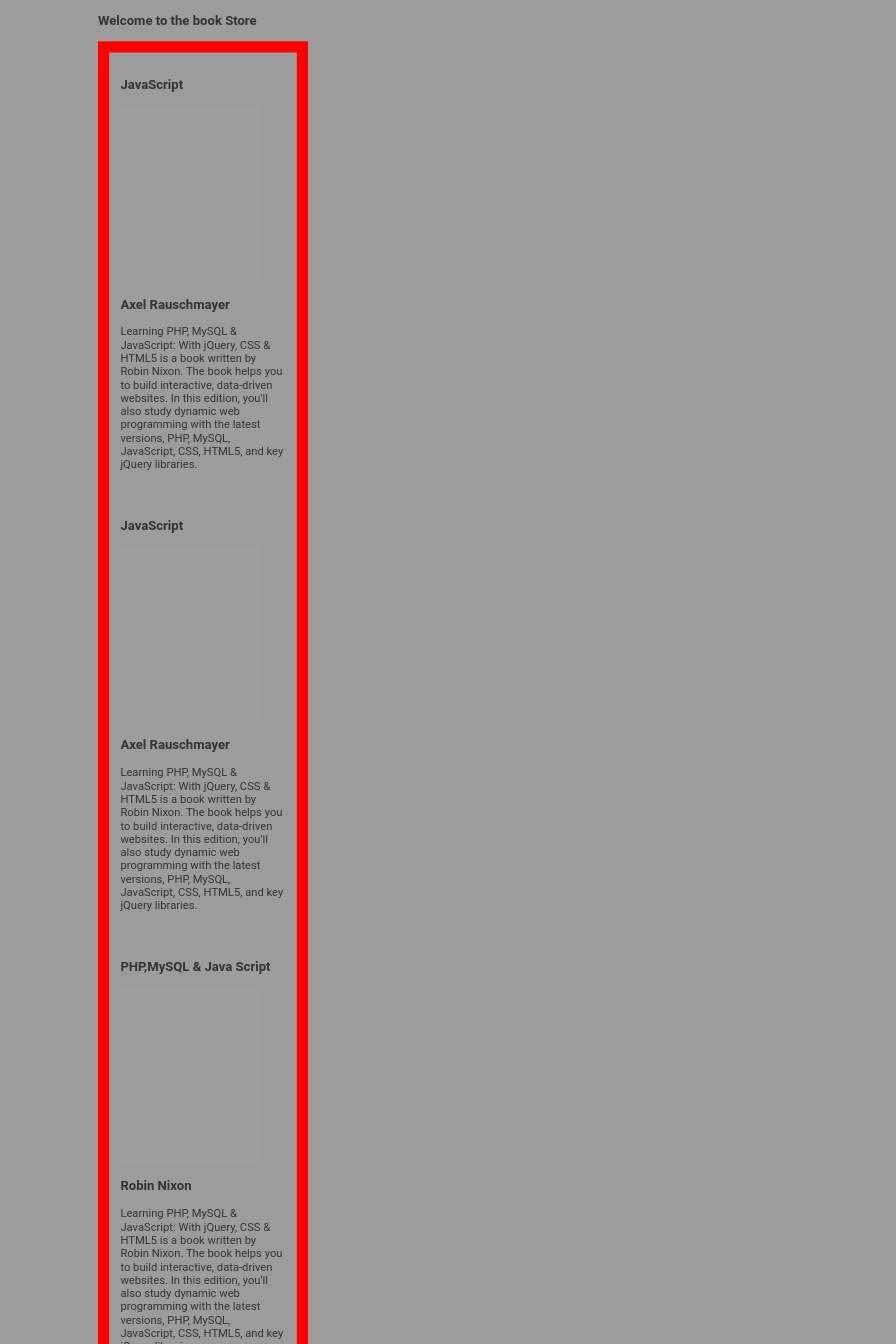
Repository: Axe33ile/React_JS
Page: / (app in book/)
These files come from the project's save history. The page is drawn as it stood at one moment and after a run of saves; the edit follows.
The browser window is 1280 px wide. The pictures show the part of the page from y = 0 to 1920 px (the page is 2587 px tall before and 2112 px after), at 70% of full size.
Pictures or frames that could not be fetched are drawn as grey boxes. The project was rebuilt for these pictures with package versions that can differ from the ones it lists, and the page was loaded fresh each time.

Above is the page before, as saved 2021-04-24 00:31:46.

After the next 8 saves:
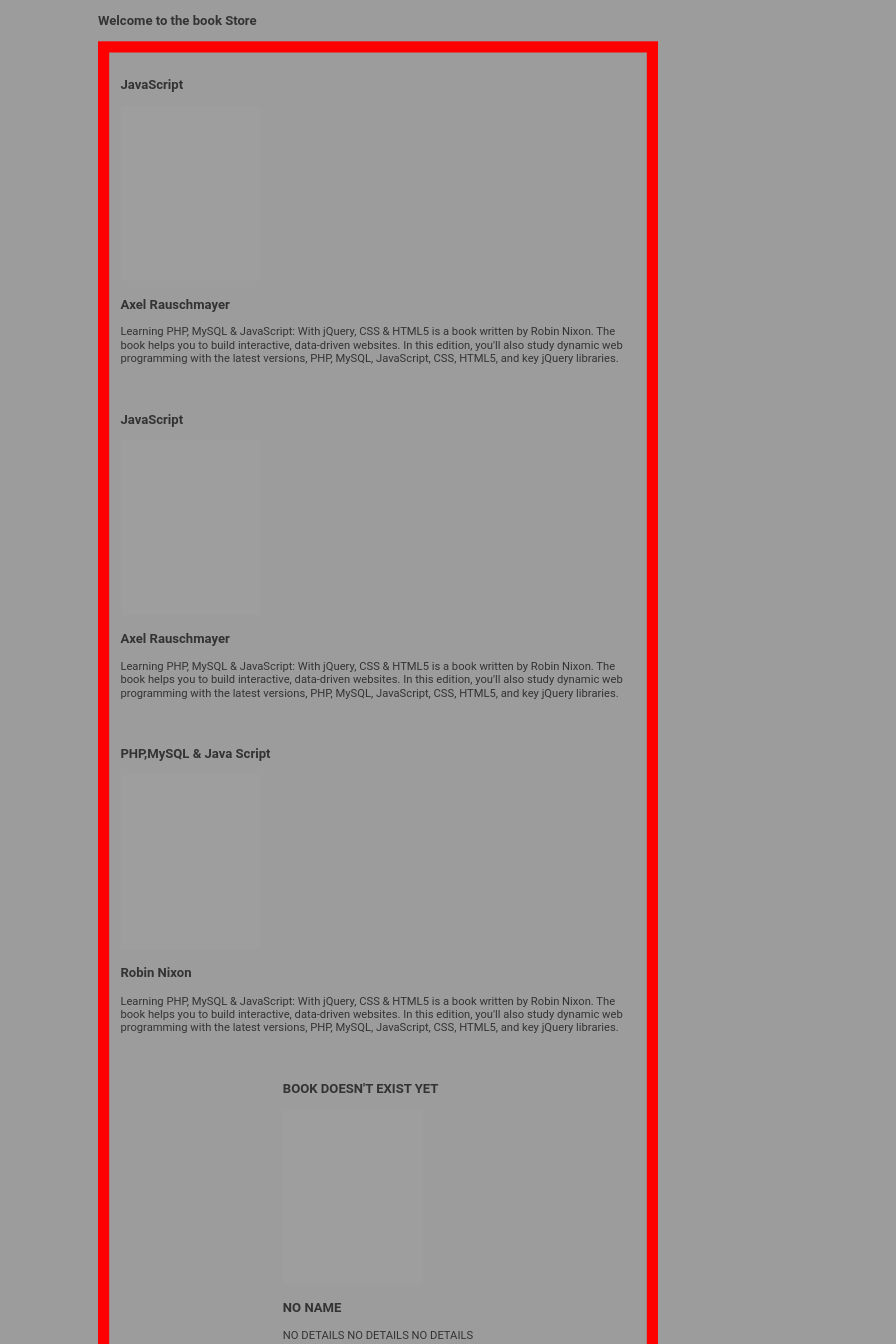
The 8 saves are shown as one change because they came seconds apart.
The last was saved 24 s later.
--- a/book/src/index.css
+++ b/book/src/index.css
@@ -50,12 +50,12 @@ footer {
   display: flex;
   flex-wrap: wrap;
   justify-content: center;
-  width: 330px;
-  max-width: 300px;
+  max-width: 800px;
   border: 1rem solid red;
 }
 
 .book {
+
   margin: 1rem;
 }
 
